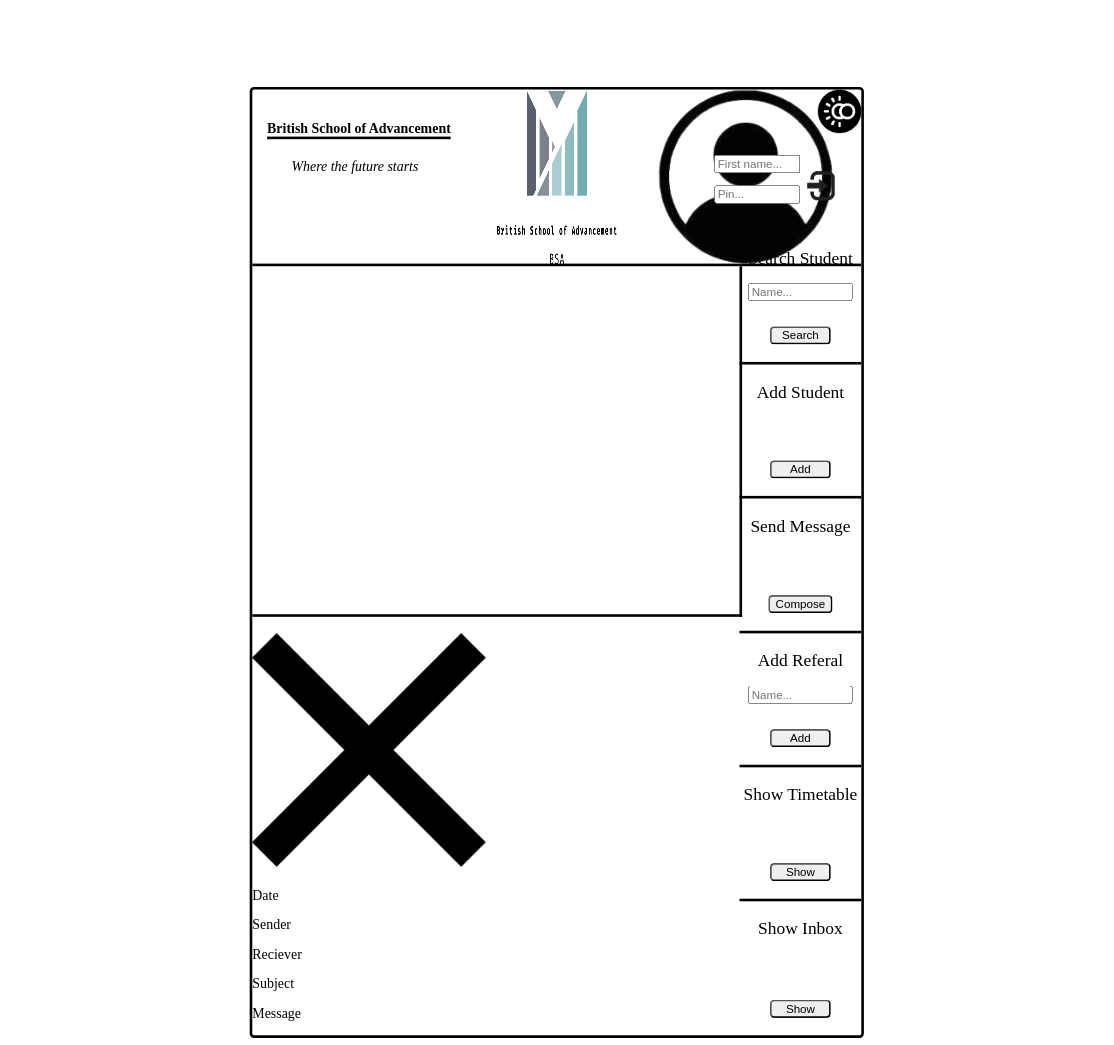
Repository: ghend99/Guardian-Application
Page: index.html
The author's editor kept a copy of each file at every save. The page is drawn from the files as they stood at one save, then again after the next save.
The browser window is 1280 px wide. The pictures show the whole page, at 87% of full size.

Above is the page before, as saved 2023-06-05 20:56:38.

### index.html
<!DOCTYPE html>
<html lang="en">
  <head>
    <meta charset="UTF-8" />
    <meta http-equiv="X-UA-Compatible" content="IE=edge" />
    <meta name="viewport" content="width=device-width, initial-scale=1.0" />
    <title>Document</title>
    <link rel="stylesheet" href="style.css" />
  </head>
  <body>
    <div id="main-container">
      <div id="header-container">
        <div id="header-container-left-section">
          <p id="header-school-name" class="page-headers">
            British School of Advancement
          </p>
          <p id="header-school-slogan" class="page-headers">
            Where the future starts
          </p>
        </div>
        <div id="header-container-middle-section">
          <img class="header-middle-section-logo" src="./images/logo.png" />
        </div>
        <div id="header-container-right-section">
          <input
            id="header-login-input-fullname"
            class="login-input-fullname login-input input"
            type="text"
            placeholder="First name..."
          />
          <input
            id="header-login-input-pin"
            class="login-input-pin login-input input"
            placeholder="Pin..."
            type="password"
          />
          <img
            id="header-login-button"
            class="login-button"
            src="./images/login-button.png"
          />
          <img class="header-dark-mode-toggle" src="./images/dark-mode.png" />
          <img class="login-modal-open" src="./images/login.png" />
        </div>
      </div>
      <div id="sidebar-container">
        <div id="sidebar-link-container1" class="sidebar-link-container">
          <p class="sidebar-link-header page-headers">Search Student</p>
          <input class="sidebar-input input" placeholder="Name..." />
          <button class="sidebar-search-button submit-button">Search</button>
        </div>
        <div id="sidebar-link-container2" class="sidebar-link-container">
          <p class="sidebar-link-header page-headers">Add Student</p>
          <button id="add-student" class="sidebar-search-button submit-button">
            Add
          </button>
        </div>
        <div id="sidebar-link-container3" class="sidebar-link-container">
          <p class="sidebar-link-header page-headers">Send Message</p>
          <button
            id="compose-message-open"
            class="sidebar-search-button submit-button"
          >
            Compose
          </button>
        </div>
        <div id="sidebar-link-container4" class="sidebar-link-container">
          <p class="sidebar-link-header page-headers">Add Referal</p>
          <input
            id="add-referal-fullname"
            class="sidebar-input input"
            placeholder="Name..."
          />
          <button id="add-referal" class="sidebar-search-button submit-button">
            Add
          </button>
        </div>
        <div id="sidebar-link-container5" class="sidebar-link-container">
          <p class="sidebar-link-header page-headers">Show Timetable</p>
          <button
            id="timetable-open"
            class="sidebar-search-button submit-button"
          >
            Show
          </button>
        </div>
        <div id="sidebar-link-container6" class="sidebar-link-container">
          <p class="sidebar-link-header page-headers">Show Inbox</p>
          <button id="inbox-open" class="sidebar-search-button submit-button">
            Show
          </button>
        </div>
      </div>
      <img class="sidebar-open" src="./images/menu.png" />

      <div id="student-information-container">
        <h1
          id="student-information-name-header"
          class="student-information page-headers"
        >
          Student Name:
        </h1>
        <h3 class="student-information student-information-general-header">
          General Information
        </h3>
        <p id="student-information-first-name" class="student-information">
          First Name:
        </p>
        <p id="student-information-last-name" class="student-information">
          Last Name:
        </p>
        <p id="student-information-year" class="student-information">
          Year Group:
        </p>
        <p id="student-information-referals" class="student-information">
          Referals:
        </p>
        <p id="password-reset" class="student-information">Reset Password</p>
      </div>

      <div id="student-management-container">
        <p class="student-management-heading"></p>
        <img id="student-management-close" src="./images/close.png" />
        <div id="timetable-container"></div>
        <div id="inbox-container">
          <div id="inbox-header">
            <p>Date</p>
            <p>Sender</p>
            <p>Reciever</p>
            <p>Subject</p>
            <p>Message</p>
          </div>
          <div id="inbox-line">
            <p></p>
            <p></p>
            <p></p>
            <p></p>
            <p></p>
          </div>
        </div>
      </div>
    </div>
    </div>

    <script src="main.js"></script>
  </body>
</html>

### style.css
#main-container {
  position: relative;
  left: 50%;
  transform: translate(-50%);
  max-width: 50%;
  min-width: 700px;
  max-height: 1200px;
  min-height: 1000px;
  margin-top: 100px;
  border: solid;
  border-radius: 5px;
}

#header-container {
  display: grid;
  grid-template-columns: 1fr 1fr 1fr;
  grid-template-rows: 1fr;
  max-height: 200px;
  min-height: 150px;
  width: 100%;
  border-bottom: solid;
}

#header-school-name {
  position: absolute;
  top: 20px;
  left: 17px;
  font-size: clamp(1rem, 1vw, 2rem);
  font-weight: bold;
  border-bottom: solid;
}

#header-school-slogan {
  position: absolute;
  top: clamp(5%, 70px, 80px);
  left: clamp(45px, 5%, 70px);
  font-size: clamp(0.9rem, 1.5vw, 1rem);
  margin-top: 10px;
  font-style: italic;
}

#header-container-middle-section {
  display: flex;
  justify-content: center;
}

.header-middle-section-logo {
  width: 60%;
}

#header-login-input-fullname {
  position: absolute;
  top: 75px;
  width: 13%;
  right: 10%;
}

#header-login-input-pin {
  position: absolute;
  top: 110px;
  width: 13%;
  right: 10%;
}

#header-login-button {
  position: absolute;
  width: 50px;
  right: 3%;
  top: 85px;
}

.header-dark-mode-toggle {
  position: absolute;
  width: 50px;
  top: 0;
  right: 0;
  cursor: pointer;
}

#sidebar-container {
  position: absolute;
  display: grid;
  grid-template-columns: 1fr;
  grid-template-rows: 1fr 1fr 1fr 1fr 1fr 1fr;
  right: 0;
  bottom: 0;
  max-width: 30%;
  min-width: 20%;
  max-height: 1000px;
  min-height: 925px;
}

#sidebar-link-container1 {
  justify-content: center;
}

#sidebar-link-container6 {
  border-bottom: none;
}

.sidebar-link-container {
  position: relative;
  display: flex;
  justify-content: center;
  border-bottom: solid;
}

.sidebar-link-header {
  position: absolute;
  font-size: 20px;
}

.sidebar-input {
  position: absolute;
  margin-top: 60px;
  width: 80%;
}

.sidebar-search-button {
  position: absolute;
  max-width: 75%;
  min-width: 70px;
  bottom: 20px;
  border-radius: 5px;
}

.sidebar-open {
  position: absolute;
  width: 50px;
  right: 0;
  top: 155px;
  display: none;
}

#student-information-container {
  max-height: 800px;
  min-height: 400px;
  max-width: 80%;
  min-width: 50%;
  border-bottom: solid;
  border-right: solid;
}

#student-information-name-header {
  font-size: 30px;
  font-weight: bold;
  border-bottom: solid;
  width: fit-content;
  margin-left: 30px;
  margin-top: 0;
}

.student-information {
  margin-left: 40px;
  display: none;
}

.student-information-general-header {
  font-size: 24px;
  font-weight: bold;
  padding-left: 40px;
}

#password-reset {
  border-bottom: solid;
  font-weight: bold;
  width: fit-content;
  cursor: pointer;
}

Loaded but not shown: main.js (no stored copy; drawn as an empty file)

After the next save:
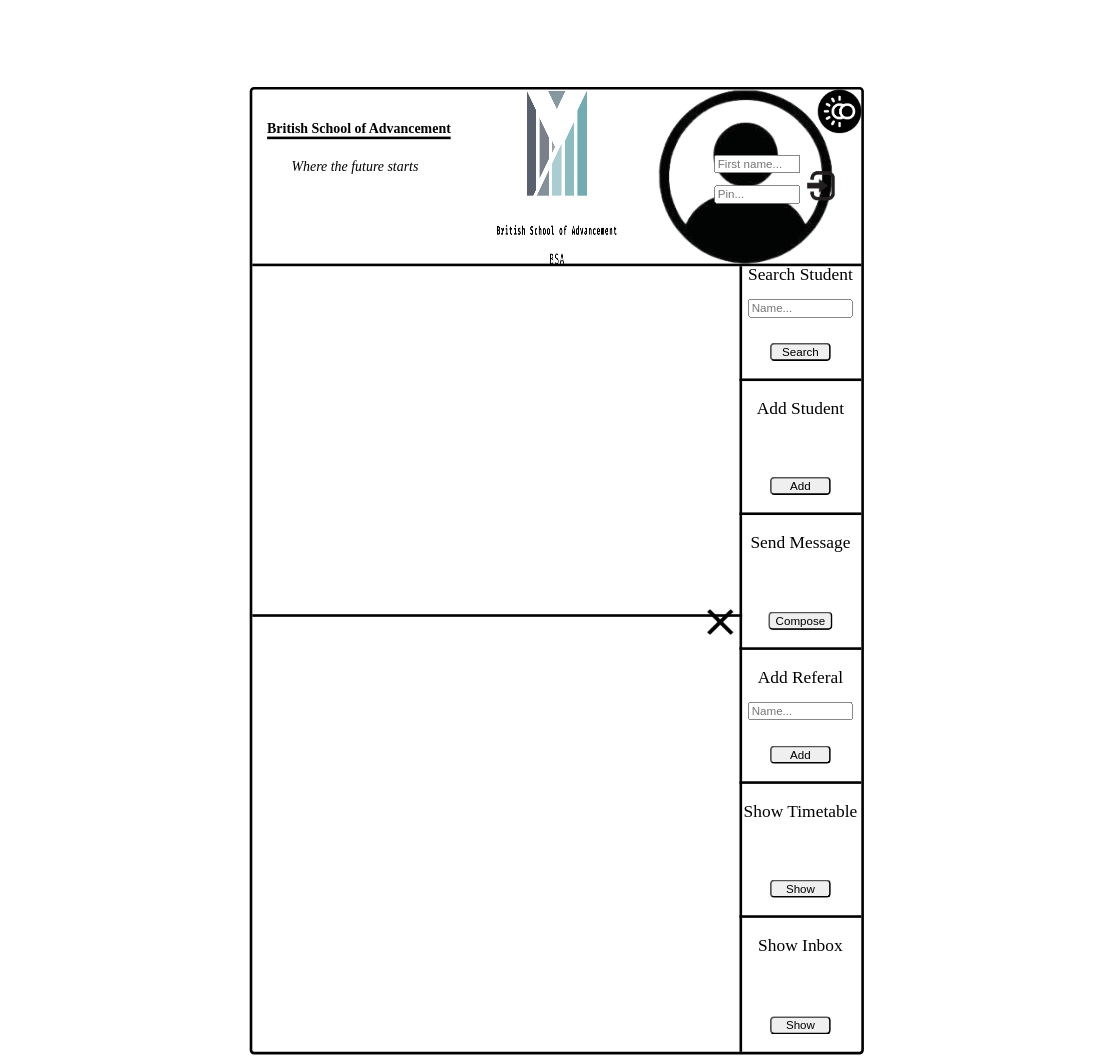
Saved 85 s later.
--- a/style.css
+++ b/style.css
@@ -167,3 +167,75 @@
   width: fit-content;
   cursor: pointer;
 }
+
+#student-management-container {
+  max-width: 80%;
+  min-width: 50%;
+  max-height: 600px;
+  min-height: 500px;
+  border-right: solid;
+}
+
+.student-management-heading {
+  display: inline-block;
+  font-size: 30px;
+  margin: 0;
+  margin-left: 20px;
+  width: fit-content;
+}
+
+#student-management-close {
+  position: absolute;
+  bottom: 43.3%;
+  right: 21%;
+  width: 30px;
+  cursor: pointer;
+}
+
+#timetable-container {
+  position: relative;
+  display: grid;
+  grid-gap: 1em;
+  grid-template-rows: repeat(var(--grid-rows), 1fr);
+  grid-template-columns: repeat(var(--grid-cols), 1fr);
+  /* top: 50px; */
+  overflow: scroll;
+  max-height: 90%;
+  min-height: 466px;
+  max-width: 99.6%;
+  min-width: 250px;
+  display: none;
+}
+
+#inbox-container {
+  max-height: 90%;
+  min-height: 466px;
+  max-width: 99.6%;
+  min-width: 250px;
+  display: none;
+}
+
+#inbox-header {
+  position: relative;
+  display: grid;
+  grid-template-columns: 1fr 1fr 1fr 1fr 1fr;
+  grid-template-rows: 1fr;
+  width: 100%;
+  height: 50px;
+  /* background-color: aqua; */
+  overflow-y: auto;
+  font-family: "Roboto", Arial;
+}
+
+#inbox-line {
+  position: relative;
+  display: grid;
+  grid-template-columns: 1fr 1fr 1fr 1fr 1fr;
+  grid-template-rows: 1fr;
+  row-gap: 20px;
+  width: 100%;
+  height: 50px;
+  /* background-color: darkorange; */
+  overflow-y: auto;
+  font-family: "EB Garamond", Arial;
+}
